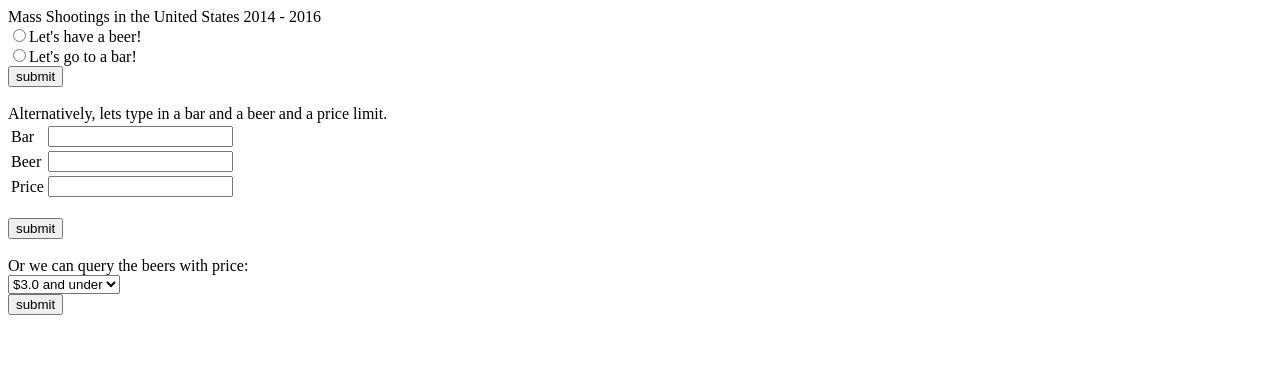
Repository: ryanmc174/dbSemesterProject
Page: http://localhost/cs336Final/
An editor plug-in stored every save of this project. The page is shown before and after the next save, followed by the edit.
The browser window is 1280 px wide. The pictures show the whole page.
The page is served by Tomcat 9.

Above is the page before, as saved 2016-11-28 17:54:55.

After the next save:
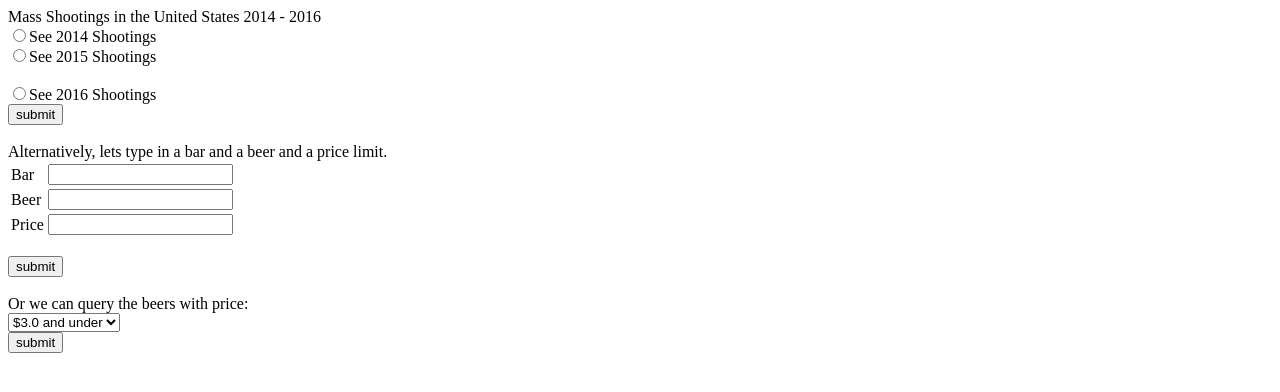
Saved 2 min 23 s later.
--- a/TemplateProject1009.zip_expanded/cs336Final/WebContent/HelloWorld.jsp
+++ b/TemplateProject1009.zip_expanded/cs336Final/WebContent/HelloWorld.jsp
@@ -18,11 +18,14 @@ Mass Shootings in the United States 2014 - 2016 <!-- the usual HTML way -->
 <form method="get" action="show.jsp" enctype=text/plain>
     <!-- note the show.jsp will be invoked when the choice is made -->
 	<!-- The next lines give HTML for radio buttons being displayed -->
-  <input type="radio" name="command" value="beers"/>Let's have a beer!
+  <input type="radio" name="command" value="2014"/>See 2014 Shootings
   <br>
-  <input type="radio" name="command" value="bars"/>Let's go to a bar!
+  <input type="radio" name="command" value="2015"/>See 2015 Shootings
     <!-- when the radio for bars is chosen, then 'command' will have value
      | 'bars', in the show.jsp file, when you access request.parameters -->
+  <br>
+  <br>
+  <input type="radio" name="command" value="2016"/>See 2016 Shootings
   <br>
   <input type="submit" value="submit" />
 </form>
